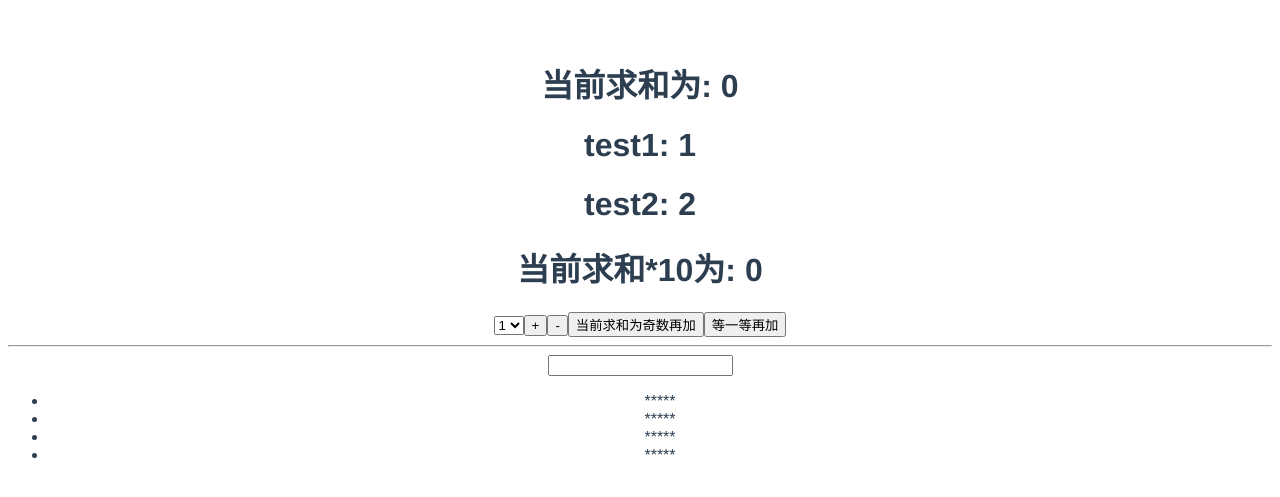
Repository: 319226862/wyy
Page: /#/home/message (app in test/)
The author's editor kept a copy of each file at every save. The page is drawn from the files as they stood at one save, then again after the next save.
The browser window is 1280 px wide. The pictures show the whole page.
The project was rebuilt for these pictures with package versions that can differ from the ones it lists, and the page was loaded fresh each time. Also part of the build but not shown: test/vue.config.js.

Above is the page before, as saved 2023-07-03 15:19:13.

### test/src/main.js
import Vue from 'vue'
import App from './App.vue'
import store from './store'

Vue.config.productionTip = false

new Vue({
  render: h => h(App),
  store,
  beforeCreate(){
    Vue.prototype.$bus = this
  }
}).$mount('#app')

### test/src/App.vue
<template>
  <div id="container">
    <!-- <Category title="food" :listData="foods"/> -->
    <!-- <Category title="game" :listData="games"/> -->
    <!-- <Category title="film" :listData="films"/> -->
    <!-- <Category title="food">
      <img slot="bottom" src="https://s3.ax1x.com/2021/01/16/srJlq0.jpg" />
      <a slot="footer" href="#">more</a>
    </Category> -->

    <!-- <Category title="games">
      <template scope="data">
        <ul>
          <li v-for="(game,index) in data.games" :key="index">{{ game }}</li>
        </ul>
      </template>
    </Category>

    <Category title="games">
      <template scope="data">
        <ol>
          <li v-for="(game,index) in data.games" :key="index">{{ game }}</li>
        </ol>
      </template>
    </Category>

    <Category title="games">
      <template scope="data">
        <h4>
          <li v-for="(game,index) in data.games" :key="index">{{ game }}</li>
        </h4>
      </template>
    </Category> -->

    <!-- <Category title="films">
      <video slot="bottom" src="http://clips.vorwaerts-gmbh.de/big_buck_bunny.mp4"></video>
      <a slot="footer" href="#">more</a>
    </Category> -->


    <Count/>
    <hr/>
    <Person/>
  </div>
</template>

<script>
// import axios from 'axios'
// import Category from './components/Category.vue'
import Count from './components/Count.vue';
import Person from './components/Person.vue';
export default {
  name: 'App',
  components: {Count,Person},
  methods:{
  }
}
</script>

<style>
#container {
  font-family: Avenir, Helvetica, Arial, sans-serif;
  -webkit-font-smoothing: antialiased;
  -moz-osx-font-smoothing: grayscale;
  text-align: center;
  color: #2c3e50;
  margin-top: 60px;
}

</style>

### test/src/store/index.js
// 用于创建vuex的store
import Vue from 'vue'
import Vuex from 'vuex'
Vue.use(Vuex)
// 准备actions——用于响应组件中的动作
const actions={
    jia(context,value){
        // console.log("actions,jia被调用",context,value)
        context.commit('JIA',value)
    },
    jian(context,value){
        // console.log("actions,jia被调用",context,value)
        context.commit('JIAN',value)
    },
    jiaOdd(context,value){
        if (context.state.number%2){
            context.commit('JIA',value)
        }
    },
    jiaWait(context,value){
        setTimeout(() => {
            context.commit('JIA',value)
        }, 500);
    }
}

// 准备mutations——用于操作数据state
const mutations={
    JIA(state,value){
        // console.log("mutations,JIA被调用",state,value)
        state.number += value
    },
    JIAN(state,value){
        // console.log("mutations,JIA被调用",state,value)
        state.number -= value
    },
}

// 准备state——用于存储数据   data
const state={
    // 求和数字
    number:0,
    school:1,
    subject:2,
    personList:[
        {id: '001',name:'张三'}
    ]
}

// 准备getters——用于加工state中的数据   computed
const getters = {
    bigSum(state){
        return state.number*10
    }
}

// 创建&暴露store
export default new Vuex.Store({
    actions,
    mutations,
    state,
    getters
})

### test/src/components/Count.vue
<template>
    <div>
        <h1>当前求和为: {{ number }}</h1>
        <h1>test1: {{ school }}</h1>
        <h1>test2: {{ subject }}</h1>
        <h1>当前求和*10为: {{ $store.getters.bigSum }}</h1>
        <select v-model.number="n">
            <option value="1">1</option>
            <option value="2">2</option>
            <option value="3">3</option>
        </select>
        <button @click="increment">+</button>
        <button @click="decrement">-</button>
        <button @click="incrementOdd">当前求和为奇数再加</button>
        <button @click="incrementWait">等一等再加</button>
    </div>
</template>

<script>
import {mapState} from 'vuex'
export default {
    data(){
        return {
            // 用户选择的数字
            n:1,

        }
    },
    computed: {
        // 对象写法
        // ...mapState({
        //     number:'number',
        //     school:'school',
        //     subject:'subject'
        // })
        ...mapState(['number','school','subject'])
    },
    methods:{
        increment(){
            // this.number += this.n
            this.$store.commit('JIA',this.n)
        },
        decrement(){
            // this.number -= this.n
            // commit 越过dispatch
            this.$store.commit('JIAN',this.n)
        },
        incrementOdd(){
            // if(this.number%2){
            //     this.number += this.n
            // }
            // if(this.$store.state.number%2){
            //     this.$store.dispatch('jia',this.n)
            // }
            this.$store.dispatch('jiaOdd',this.n)
        },
        incrementWait(){
            // setTimeout(()=>{
            //     // this.number += this.n
            //     this.$store.dispatch('jia',this.n)
            // },500)
            this.$store.dispatch('jiaWait',this.n)
        },
    },
}
</script>

<style>

</style>

### test/src/components/Person.vue
<template>
    <div>
        <input type="text" >
        <ul>
            <li>*****</li>
            <li>*****</li>
            <li>*****</li>
            <li>*****</li>
        </ul>
    </div>
</template>

<script>
export default {
    name: 'Person'
}
</script>

<style>

</style>

Loaded but not shown: test/public/index.html (common file)

After the next save:
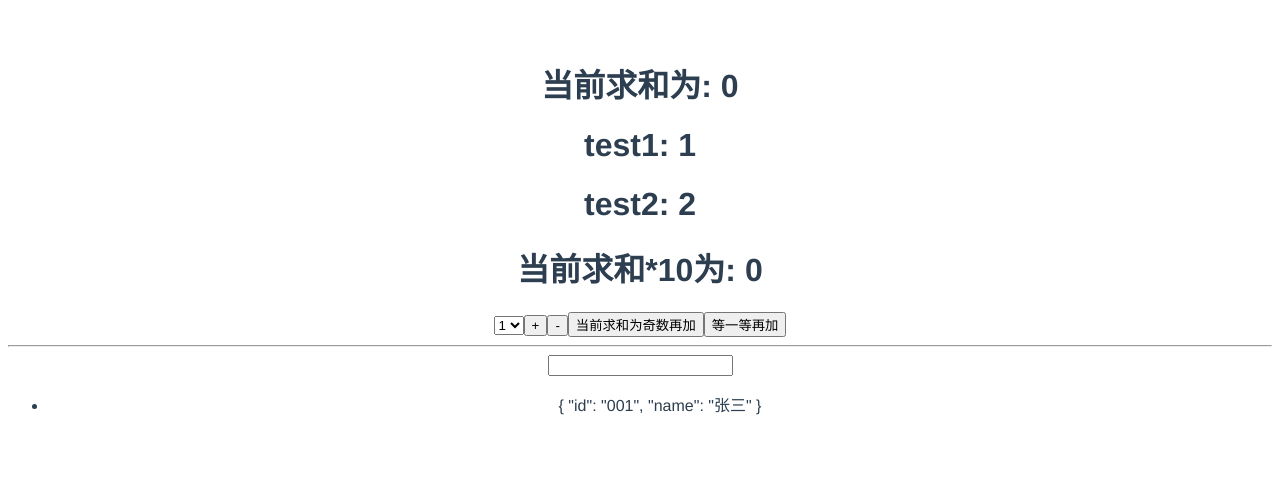
Saved 78 s later.
--- a/test/src/components/Person.vue
+++ b/test/src/components/Person.vue
@@ -1,11 +1,8 @@
 <template>
     <div>
         <input type="text" >
-        <ul>
-            <li>*****</li>
-            <li>*****</li>
-            <li>*****</li>
-            <li>*****</li>
+        <ul v-for="person in $store.state.personList" :key="person.id">
+            <li>{{ person }}</li>
         </ul>
     </div>
 </template>
